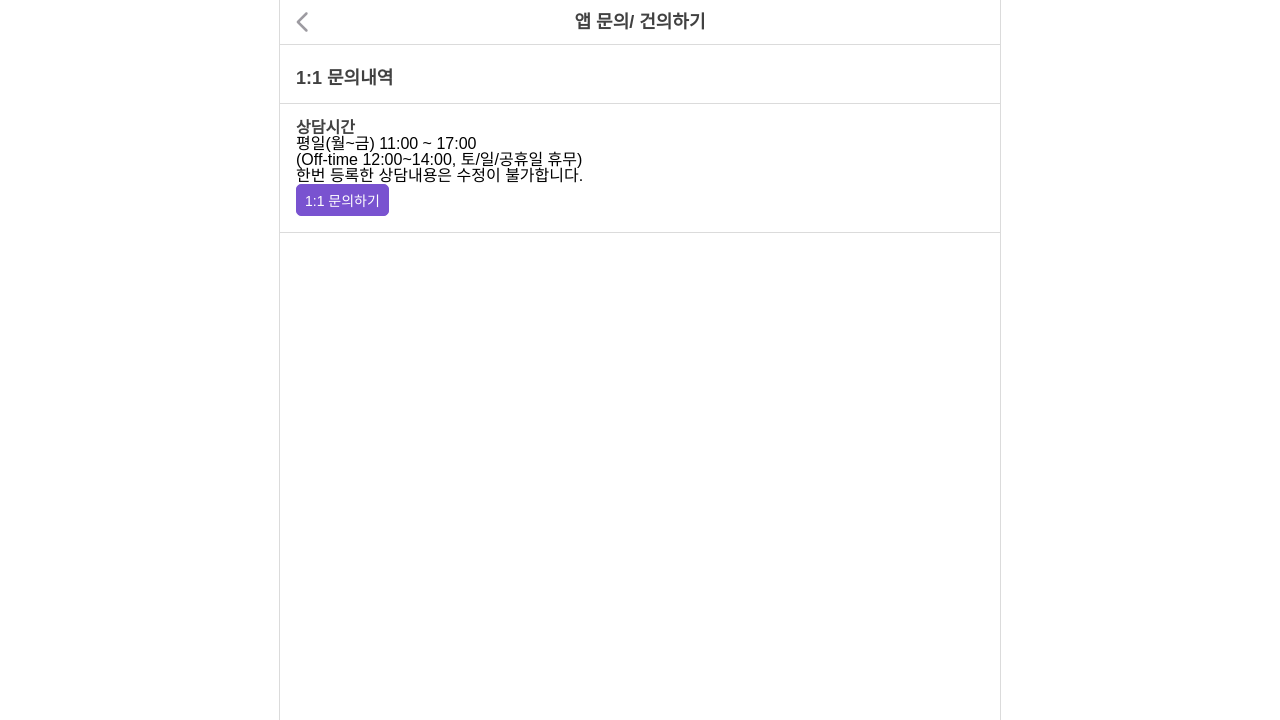
Repository: gosun1018/denguru
Page: my_complain.html
These files come from the project's save history. The page is drawn as it stood at one moment and after the next save; the edit follows.
The browser window is 1280 px wide. The pictures show the whole page.
Some web fonts or font styles are not loaded; a fallback is used. The style sheet was rebuilt from its Sass, Less or Tailwind sources for each picture, by a compiler version that may differ from the author's.

Above is the page before, as saved 2020-03-20 19:09:48.

After the next save:
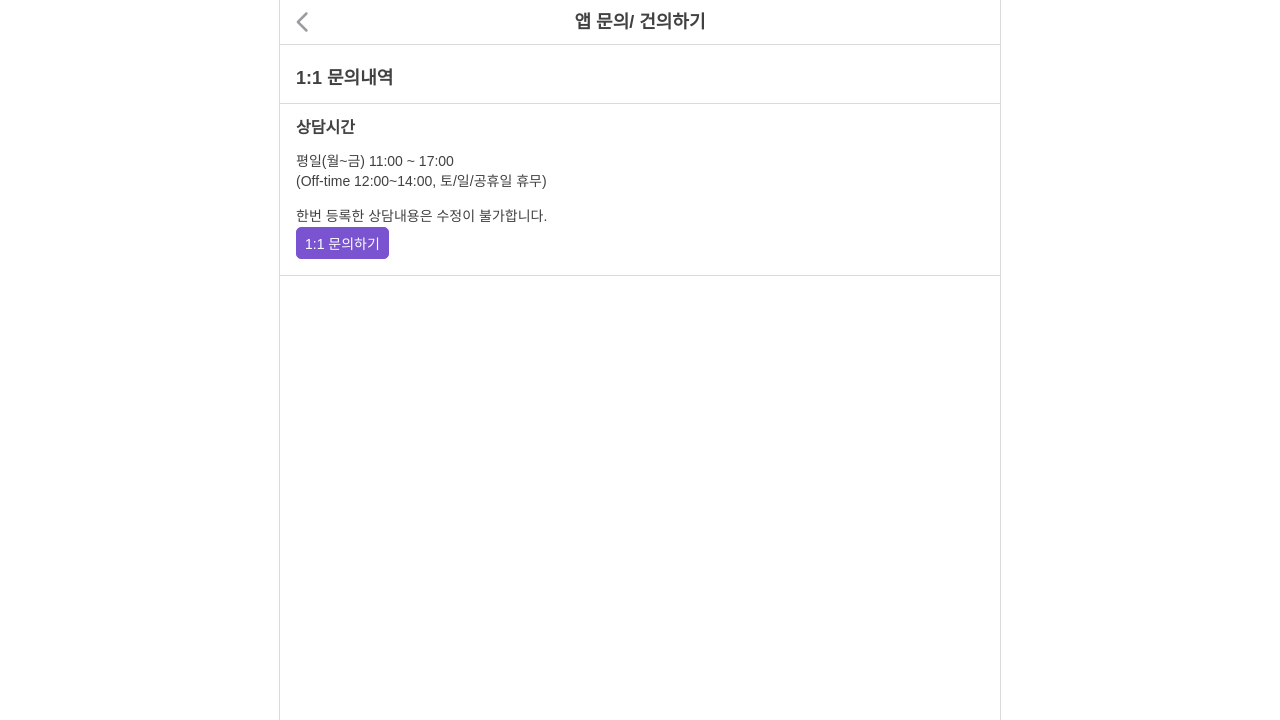
Saved 2 min 7 s later.
--- a/css/scss/pages/_mycomplain.scss
+++ b/css/scss/pages/_mycomplain.scss
@@ -11,4 +11,11 @@
     padding: $layout-base-padding;
     border-top: $light-border;
     border-bottom: $light-border;
+
+    .complain_announce_txt {
+        margin-top: $layout-base-padding;
+        font-size: $base-font-size;
+        color: $base-font-color;
+        line-height: $base-line-height;
+    }
 }
